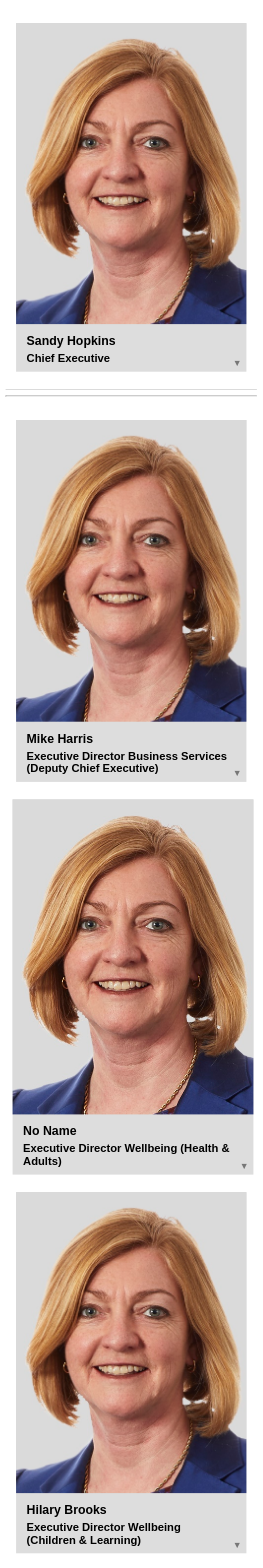
Repository: DigitalExperienceTeam/management
Page: index.html
The author's editor kept a record of every edit. The page is drawn from the files as they stood at one moment, then again after the next edit.
The browser window is 375 px wide. The pictures show the part of the page from y = 0 to 2240 px (the page is 3876 px tall before and 3643 px after), at 70% of full size.

Above is the page before.

### index.html
<!DOCTYPE html>
<html lang="en">

<head>
    <meta charset="UTF-8">
    <meta name="viewport" content="width=device-width, initial-scale=1.0">
    <meta http-equiv="X-UA-Compatible" content="ie=edge">
    <script src="https://ajax.googleapis.com/ajax/libs/jquery/3.4.1/jquery.min.js"></script>

    <script type="text/javascript" src="profiles.js"></script>

    <link rel="stylesheet" href="style.css" type="text/css" />
    <title>Document</title>
</head>

<body>
    <div class="profiles-wrapper">
        <div class="profile lighter">
               <img class="profile-pic" src="sandy.jpg">
            <div class="details">
                <p class="name">Sandy Hopkins</p>
                <p class="title">Chief Executive<span class="more">&#9660;</span></p>
            </div>
            <div class="bio">
                <p>Lorem ipsum dolor sit amet, consectetur adipiscing elit. Nunc quis feugiat magna, non vehicula purus. Sed quis enim et dolor tempor aliquet. Proin a tincidunt ligula, nec rhoncus risus. Aliquam ut magna ac nisl dapibus lobortis ut molestie eros. Maecenas ornare quam vel accumsan congue. Curabitur mattis, odio non rhoncus tempor, diam elit convallis lacus, quis feugiat est lectus sit amet mi. Donec at ex in turpis luctus blandit sit amet eu eros. Nullam a libero turpis. Nullam mattis id est ut suscipit. Donec hendrerit turpis sed ligula hendrerit commodo.</p>
<p>Cras sed vulputate libero. Nam rhoncus quam turpis, vitae eleifend velit ornare a. Donec sollicitudin leo id nunc faucibus, imperdiet porttitor ex dictum. Nam condimentum nibh porta ligula molestie rhoncus. Sed pellentesque lacinia nisi ut finibus. Fusce facilisis scelerisque facilisis. Sed consequat quam nec lectus faucibus lacinia.</p>
<div class="less">&#9650;</div>
            </div>
        </div>

    </div>
    <hr class="profile-divider"></hr>


    <div class="profiles-wrapper">


                 <div class="profile lighter">
               <img class="profile-pic" src="sandy.jpg">
            <div class="details">
                <p class="name">Mike Harris</p>
                <p class="title">Executive Director Business Services (Deputy Chief Executive)<span class="more">&#9660;</span></p>
            </div>
            <div class="bio">
                <p>Lorem ipsum dolor sit amet, consectetur adipiscing elit. Nunc quis feugiat magna, non vehicula purus. Sed quis enim et dolor tempor aliquet. Proin a tincidunt ligula, nec rhoncus risus. Aliquam ut magna ac nisl dapibus lobortis ut molestie eros. Maecenas ornare quam vel accumsan congue. Curabitur mattis, odio non rhoncus tempor, diam elit convallis lacus, quis feugiat est lectus sit amet mi. Donec at ex in turpis luctus blandit sit amet eu eros. Nullam a libero turpis. Nullam mattis id est ut suscipit. Donec hendrerit turpis sed ligula hendrerit commodo.</p>
<p>Cras sed vulputate libero. Nam rhoncus quam turpis, vitae eleifend velit ornare a. Donec sollicitudin leo id nunc faucibus, imperdiet porttitor ex dictum. Nam condimentum nibh porta ligula molestie rhoncus. Sed pellentesque lacinia nisi ut finibus. Fusce facilisis scelerisque facilisis. Sed consequat quam nec lectus faucibus lacinia.</p>
<div class="less">&#9650;</div>
            </div>
        </div>
         <div class="profile lighter">
            <img class="profile-pic" src="sandy.jpg">
            <div class="details">
                <p class="name">No Name</p>
                <p class="title">Executive Director Wellbeing (Health & Adults)<span class="more">&#9660;</span></p>
            </div>
            <div class="bio">
                <p>Lorem ipsum dolor sit amet, consectetur adipiscing elit. Nunc quis feugiat magna, non vehicula purus. Sed quis enim et dolor tempor aliquet. Proin a tincidunt ligula, nec rhoncus risus. Aliquam ut magna ac nisl dapibus lobortis ut molestie eros. Maecenas ornare quam vel accumsan congue. Curabitur mattis, odio non rhoncus tempor, diam elit convallis lacus, quis feugiat est lectus sit amet mi. Donec at ex in turpis luctus blandit sit amet eu eros. Nullam a libero turpis. Nullam mattis id est ut suscipit. Donec hendrerit turpis sed ligula hendrerit commodo.</p>
<p>Cras sed vulputate libero. Nam rhoncus quam turpis, vitae eleifend velit ornare a. Donec sollicitudin leo id nunc faucibus, imperdiet porttitor ex dictum. Nam condimentum nibh porta ligula molestie rhoncus. Sed pellentesque lacinia nisi ut finibus. Fusce facilisis scelerisque facilisis. Sed consequat quam nec lectus faucibus lacinia.</p>
<div class="less">&#9650;</div>
            </div>
        </div>
            <div class="profile lighter">
               <img class="profile-pic" src="sandy.jpg">
            <div class="details">
                <p class="name">Hilary Brooks</p>
                <p class="title">Executive Director Wellbeing (Children & Learning)<span class="more">&#9660;</span></p>
            </div>
            <div class="bio">
                <p>Lorem ipsum dolor sit amet, consectetur adipiscing elit. Nunc quis feugiat magna, non vehicula purus. Sed quis enim et dolor tempor aliquet. Proin a tincidunt ligula, nec rhoncus risus. Aliquam ut magna ac nisl dapibus lobortis ut molestie eros. Maecenas ornare quam vel accumsan congue. Curabitur mattis, odio non rhoncus tempor, diam elit convallis lacus, quis feugiat est lectus sit amet mi. Donec at ex in turpis luctus blandit sit amet eu eros. Nullam a libero turpis. Nullam mattis id est ut suscipit. Donec hendrerit turpis sed ligula hendrerit commodo.</p>
<p>Cras sed vulputate libero. Nam rhoncus quam turpis, vitae eleifend velit ornare a. Donec sollicitudin leo id nunc faucibus, imperdiet porttitor ex dictum. Nam condimentum nibh porta ligula molestie rhoncus. Sed pellentesque lacinia nisi ut finibus. Fusce facilisis scelerisque facilisis. Sed consequat quam nec lectus faucibus lacinia.</p>
<div class="less">&#9650;</div>
            </div>
        </div>

          <div class="profile lighter">
               <img class="profile-pic" src="sandy.jpg">
            <div class="details">
                <p class="name">No Name</p>
                <p class="title">Executive Director Communities, Culture & Homes<span class="more">&#9660;</span></p>
            </div>
            <div class="bio">
                <p>Lorem ipsum dolor sit amet, consectetur adipiscing elit. Nunc quis feugiat magna, non vehicula purus. Sed quis enim et dolor tempor aliquet. Proin a tincidunt ligula, nec rhoncus risus. Aliquam ut magna ac nisl dapibus lobortis ut molestie eros. Maecenas ornare quam vel accumsan congue. Curabitur mattis, odio non rhoncus tempor, diam elit convallis lacus, quis feugiat est lectus sit amet mi. Donec at ex in turpis luctus blandit sit amet eu eros. Nullam a libero turpis. Nullam mattis id est ut suscipit. Donec hendrerit turpis sed ligula hendrerit commodo.</p>
<p>Cras sed vulputate libero. Nam rhoncus quam turpis, vitae eleifend velit ornare a. Donec sollicitudin leo id nunc faucibus, imperdiet porttitor ex dictum. Nam condimentum nibh porta ligula molestie rhoncus. Sed pellentesque lacinia nisi ut finibus. Fusce facilisis scelerisque facilisis. Sed consequat quam nec lectus faucibus lacinia.</p>
<div class="less">&#9650;</div>
            </div>
        </div>

          <div class="profile lighter">
            <img class="profile-pic" src="sandy.jpg">
            <div class="details">
                <p class="name">No Name</p>
                <p class="title">Executive Director Place<span class="more">&#9660;</span></p>
            </div>
            <div class="bio">
                <p>Lorem ipsum dolor sit amet, consectetur adipiscing elit. Nunc quis feugiat magna, non vehicula purus. Sed quis enim et dolor tempor aliquet. Proin a tincidunt ligula, nec rhoncus risus. Aliquam ut magna ac nisl dapibus lobortis ut molestie eros. Maecenas ornare quam vel accumsan congue. Curabitur mattis, odio non rhoncus tempor, diam elit convallis lacus, quis feugiat est lectus sit amet mi. Donec at ex in turpis luctus blandit sit amet eu eros. Nullam a libero turpis. Nullam mattis id est ut suscipit. Donec hendrerit turpis sed ligula hendrerit commodo.</p>
<p>Cras sed vulputate libero. Nam rhoncus quam turpis, vitae eleifend velit ornare a. Donec sollicitudin leo id nunc faucibus, imperdiet porttitor ex dictum. Nam condimentum nibh porta ligula molestie rhoncus. Sed pellentesque lacinia nisi ut finibus. Fusce facilisis scelerisque facilisis. Sed consequat quam nec lectus faucibus lacinia.</p>
<div class="less">&#9650;</div>
            </div>
        </div>



           <div class="profile lighter">
              <img class="profile-pic" src="sandy.jpg">
            <div class="details">
                <p class="name">John Harrison</p>
                <p class="title">Executive Director Finance<span class="more">&#9660;</span></p>
            </div>
            <div class="bio">
                <p>Lorem ipsum dolor sit amet, consectetur adipiscing elit. Nunc quis feugiat magna, non vehicula purus. Sed quis enim et dolor tempor aliquet. Proin a tincidunt ligula, nec rhoncus risus. Aliquam ut magna ac nisl dapibus lobortis ut molestie eros. Maecenas ornare quam vel accumsan congue. Curabitur mattis, odio non rhoncus tempor, diam elit convallis lacus, quis feugiat est lectus sit amet mi. Donec at ex in turpis luctus blandit sit amet eu eros. Nullam a libero turpis. Nullam mattis id est ut suscipit. Donec hendrerit turpis sed ligula hendrerit commodo.</p>
<p>Cras sed vulputate libero. Nam rhoncus quam turpis, vitae eleifend velit ornare a. Donec sollicitudin leo id nunc faucibus, imperdiet porttitor ex dictum. Nam condimentum nibh porta ligula molestie rhoncus. Sed pellentesque lacinia nisi ut finibus. Fusce facilisis scelerisque facilisis. Sed consequat quam nec lectus faucibus lacinia.</p>
<div class="less">&#9650;</div>
            </div>
        </div>





    </div>

</body>

</html>

### profiles.js
$(document).ready(function() {

    $(document).mouseup(function(e)
{
    var container = $(".profile");

    // if the target of the click isn't the container nor a descendant of the container
    if (!container.is(e.target) && container.has(e.target).length === 0)
    {
        $(".bio").slideUp(600);
        $(".profile-pic").removeClass("faded");
        $(".bio").removeClass("darker").addClass("lighter");
        $(".profile").removeClass("darker").addClass("lighter");


    }
});

    $(".profile").click(function() {

        if ( $(this).find(".profile-pic").hasClass("faded")){
            $(this).find(".profile-pic").removeClass("faded");
            $(".profile-pic").not($(this).children()).addClass("faded");

        }

      else {
            $(".profile-pic").not($(this).children()).toggleClass("faded");
      }

        $(this).find(".bio").slideToggle(600);

        $(this).find(".more").fadeToggle(600);

        $(".more").not($(this).children()).show();

        $(".bio").not($(this).children()).slideUp(600);



       $(this).toggleClass("lighter").toggleClass("darker");

      $(".profile").not($(this)).removeClass("darker").addClass("lighter");


       $(this).find(".bio").removeClass("lighter").addClass("darker");


       $(".bio").not($(this).children()).removeClass("darker").addClass("lighter");

    });





});

### style.css
body {
    max-width: 871px;
    font-family: "franklin-gothic-urw",sans-serif;
}

.profiles-wrapper {
    padding: 10px 0;
    display: flex;
    flex-wrap: wrap;
    border-bottom: 1px solid #ccc;
    justify-content: center;
    border-bottom: 1px solid #ccc;
}



.profile {
    box-sizing: border-box;
    width: 29%;
    margin: 15px;
    cursor: pointer;
    display: inline-block;
    vertical-align: top;
    position: relative;
}

.profile:hover {
    background: #ccc;
    transition: 0.4s all;
}


.faded {
    opacity:0.6;
}

.lighter {
    background: #ddd;
}

.darker {
    background: #ccc;
}


.details {
    padding: 5px 15px 10px 15px;
}

.profile img {
    max-width: 100%;
}

.name {
    font-weight: bold;
    font-size: 1.1em;
    margin: 5px 0 0 0;
}

.title {
    font-weight: bold;
     margin: 5px 0 0 0;
     padding-right: 10px;
}

.more {
    float: right;
    color: #777;
    font-family: "Arial Black", Gadget, sans-serif;
    position: absolute;
    right: 7px;
    bottom: 5px;
    font-size: 0.8em;
}

.bio {
    display: none;
    padding: 0 15px 10px 15px;
   position: absolute;
    z-index: 1000;
    font-size: 0.9em;
    box-shadow: 0 10px 10px -2px white;
}

.less {
    text-align: right;
    color: #777;
    font-family: "Arial Black", Gadget, sans-serif;
}

@media only screen and (max-width: 726px) {
 .profiles-wrapper {
    justify-content: flex-start;
}

.profile {
    width: 47%;
    margin: 10px;
}

.profiles-wrapper>.profile:nth-of-type(even) {
margin: 10px 5px 10px 10px;
}

}

@media only screen and (max-width: 615px) {


.profile {
    width: 46%;
}
}

@media only screen and (max-width: 470px) {

.profile {
    width: 45%;
}

}

@media only screen and (max-width: 470px) {

.profiles-wrapper {
    justify-content: flex-start;
}

.profile {
    width: 100%;
    margin: 15px;
}


}

After the next edit:
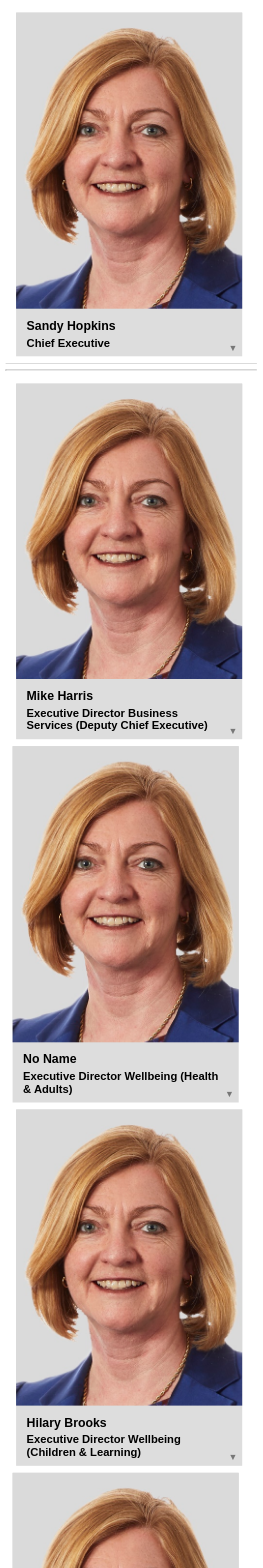
The edit:
--- a/style.css
+++ b/style.css
@@ -127,8 +127,8 @@
 }
 
 .profile {
-    width: 100%;
-    margin: 15px;
+    width: 90%;
+    margin: 0 15px;
 }
 
 
